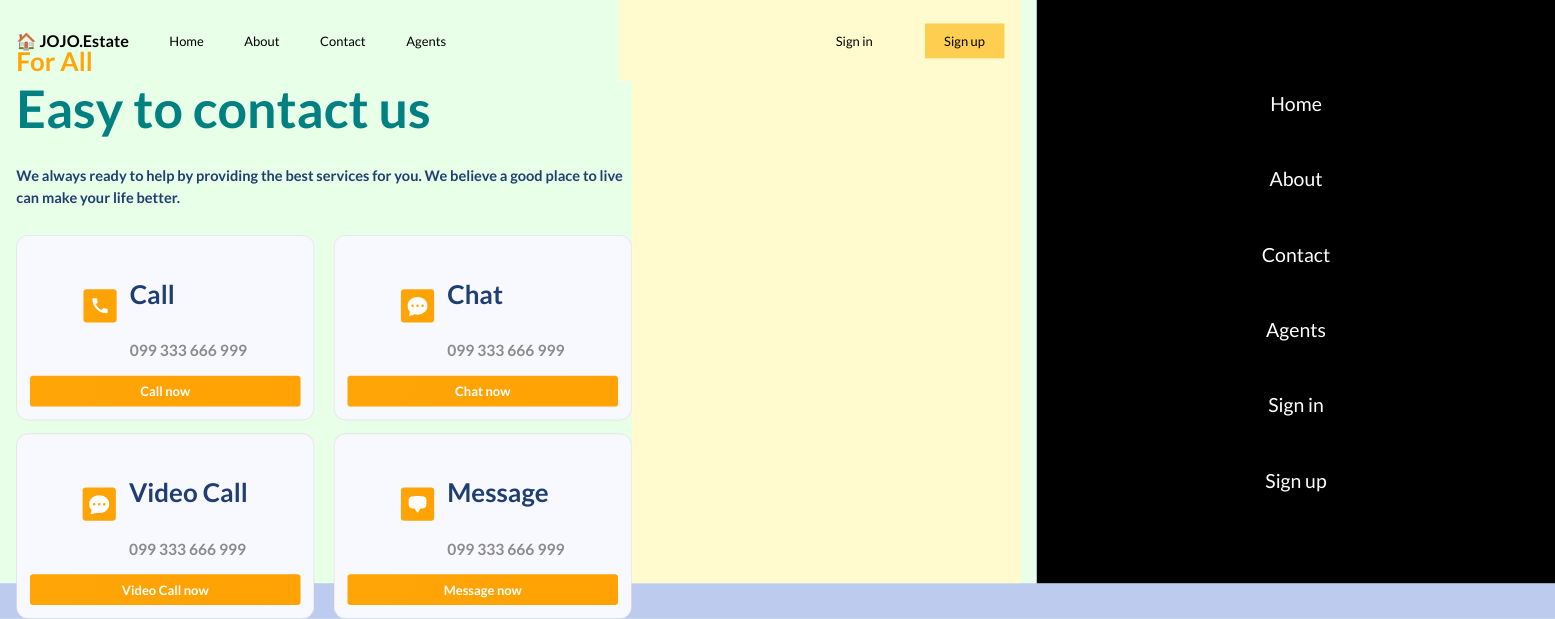
Repository: AiTrinh303/JOJO-estate
Page: /contact (app in client/)
The author's editor kept a copy of each file at every save. The page is drawn from the files as they stood at one save, then again after a run of saves.
The browser window is 1280 px wide. The page is 1920 px wide, so the pictures cover 1920 px, including what lies to the right of the window. The pictures show the whole page, at 81% of full size.
The page's requests for data from a server got no answer. The project was rebuilt for these pictures with package versions that can differ from the ones it lists, and the page was loaded fresh each time. No one was signed in, and anything a server would have sent is missing. Also part of the build but not shown: client/vite.config.js, client/src/components/searchBar/searchBar.scss, client/src/components/searchBar/SearchBar.jsx, client/src/routes/homePage/homePage.scss, client/src/routes/homePage/homePage.jsx, client/src/routes/listPage/listPage.scss, client/src/components/filter/filter.scss, client/src/components/filter/Filter.jsx and 30 more. Imported but missing from the stored project, and not drawn on this page: client/src/components/uploadWidget/UploadWidget.

Above is the page before, as saved 2024-10-15 15:07:18.

After the next 2 saves:
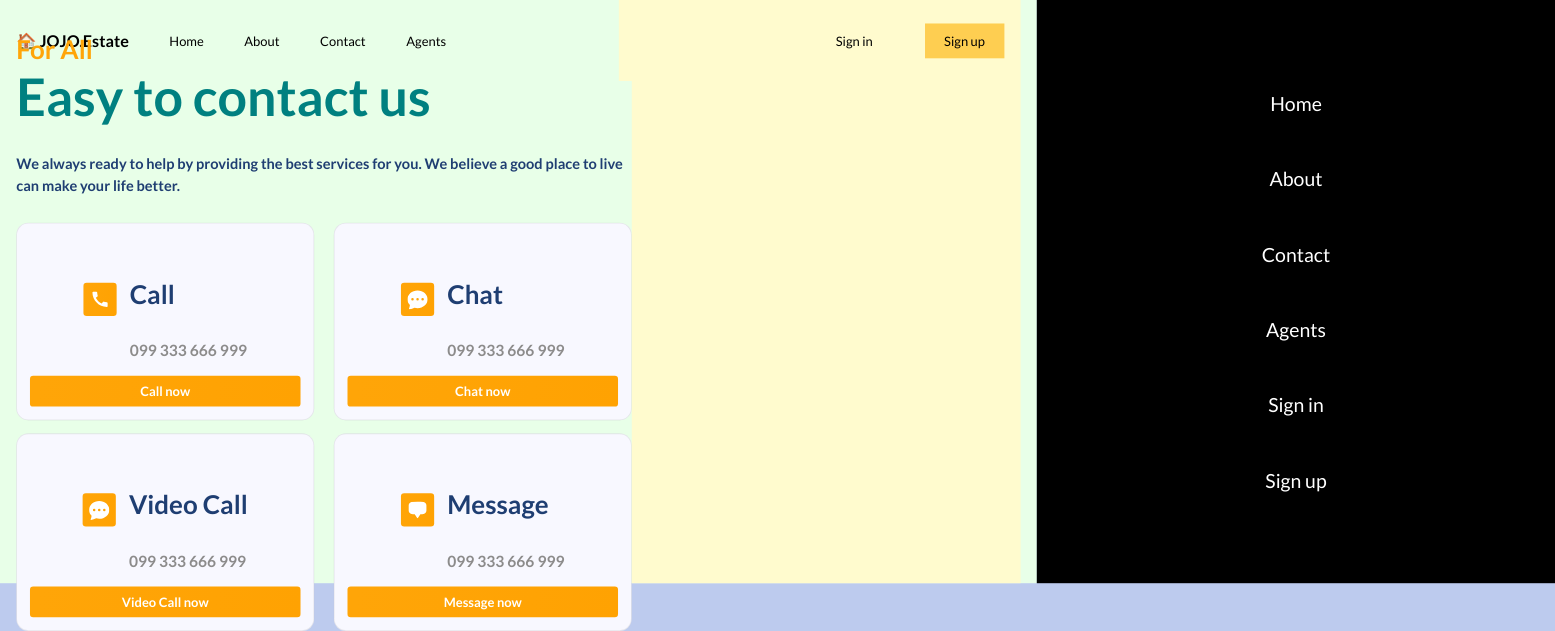
The 2 saves are shown as one change because they came seconds apart.
The last was saved 42 s later.
--- a/client/src/routes/contactPage/contactPage.scss
+++ b/client/src/routes/contactPage/contactPage.scss
@@ -75,7 +75,7 @@
                         flex-direction: column;
                         // justify-content: center;
                         // align-items: flex-start;
-                        // padding-top: 15px;
+                        padding-top: 15px;
                         .primaryText {
                             color: #1f3e72;
                             font-weight: bold;

After the save that followed:
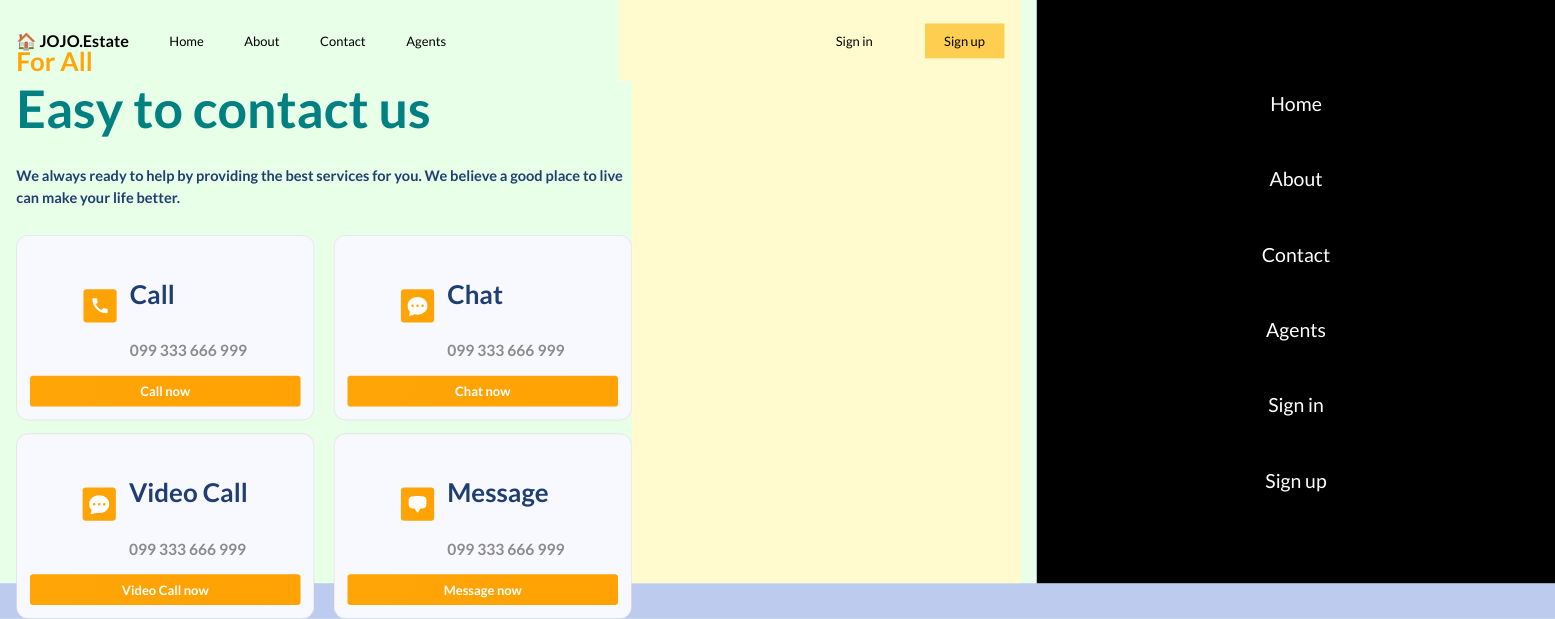
Saved 7 s later.
--- a/client/src/routes/contactPage/contactPage.scss
+++ b/client/src/routes/contactPage/contactPage.scss
@@ -75,7 +75,7 @@
                         flex-direction: column;
                         // justify-content: center;
                         // align-items: flex-start;
-                        padding-top: 15px;
+                        // padding-top: 15px;
                         .primaryText {
                             color: #1f3e72;
                             font-weight: bold;
